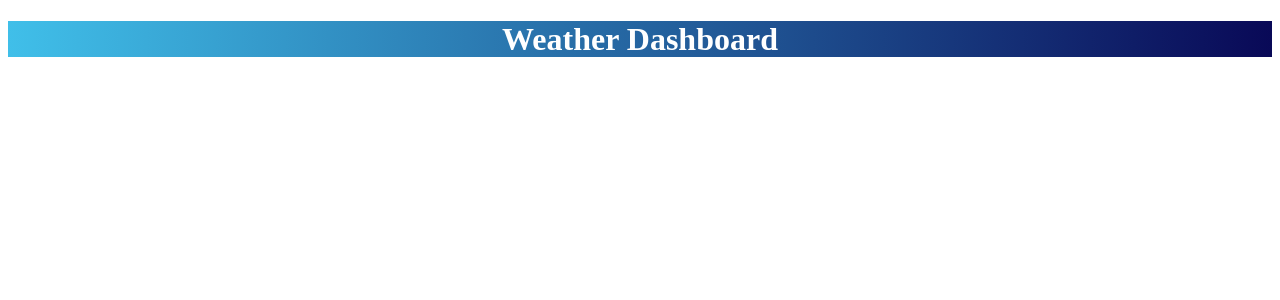
Repository: brenhamp/weather-dashboard
Page: index.html
These files come from the project's save history. The page is drawn as it stood at one moment and after the next save; the edit follows.
The browser window is 1280 px wide. The pictures show the whole page.

Above is the page before, as saved 2021-12-09 18:50:12.

After the next save:
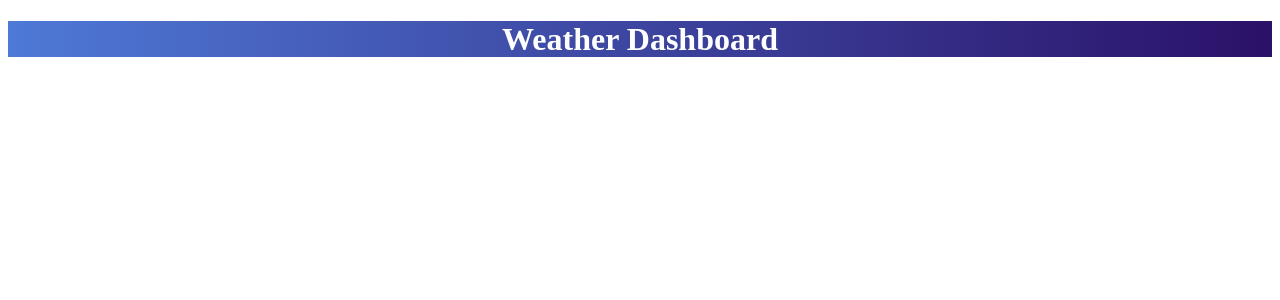
Saved 53 s later.
--- a/assets/css/style.css
+++ b/assets/css/style.css
@@ -1,5 +1,5 @@
 .hero {
-    background-image: linear-gradient(to right, rgb(64, 191, 233), rgb(9, 9, 87));
+    background-image: linear-gradient(to right, rgb(78, 121, 214), rgb(43, 17, 104));
     height: 5vh;
     text-align: center;
     margin: auto;
